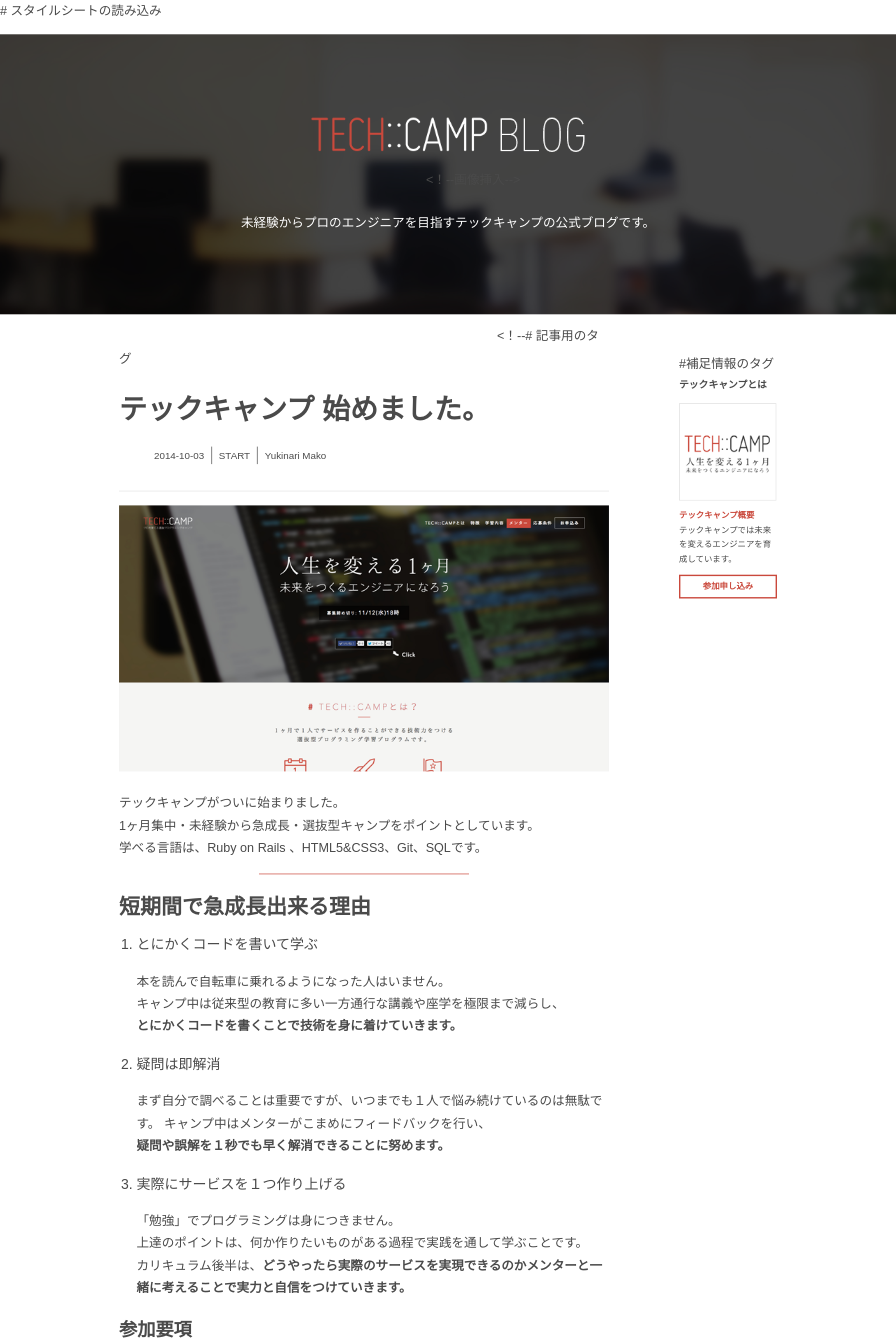
Repository: Kame0012/git_nekotter
Page: techcamp_htmlcss/techcamp_blog/index.html
The author's editor kept a record of every edit. The page is drawn from the files as they stood at one moment, then again after the next edit.
The browser window is 1280 px wide. The pictures show the part of the page from y = 0 to 1920 px (the page is 2700 px tall), at 70% of full size.

Above is the page before.

After the next edit:
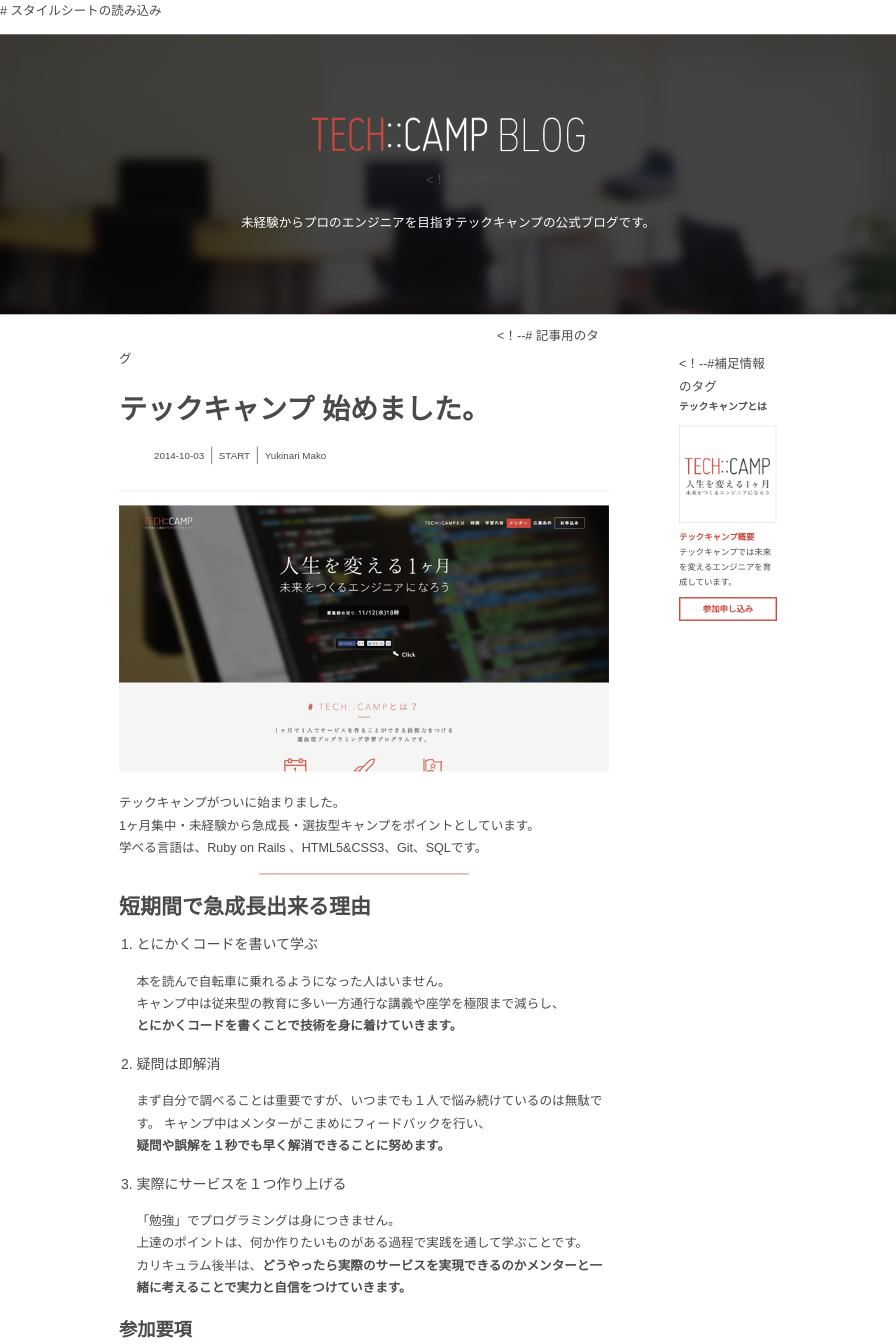
The edit:
--- a/techcamp_htmlcss/techcamp_blog/index.html
+++ b/techcamp_htmlcss/techcamp_blog/index.html
@@ -82,7 +82,7 @@
       </div>
 
       <div class="right_content">
-        <aside>                                                              #補足情報のタグ
+        <aside>                                                              <！--#補足情報のタグ
           <h2>テックキャンプとは</h2>
           <img src="images/tech-camp.png" alt="">
           <p>
